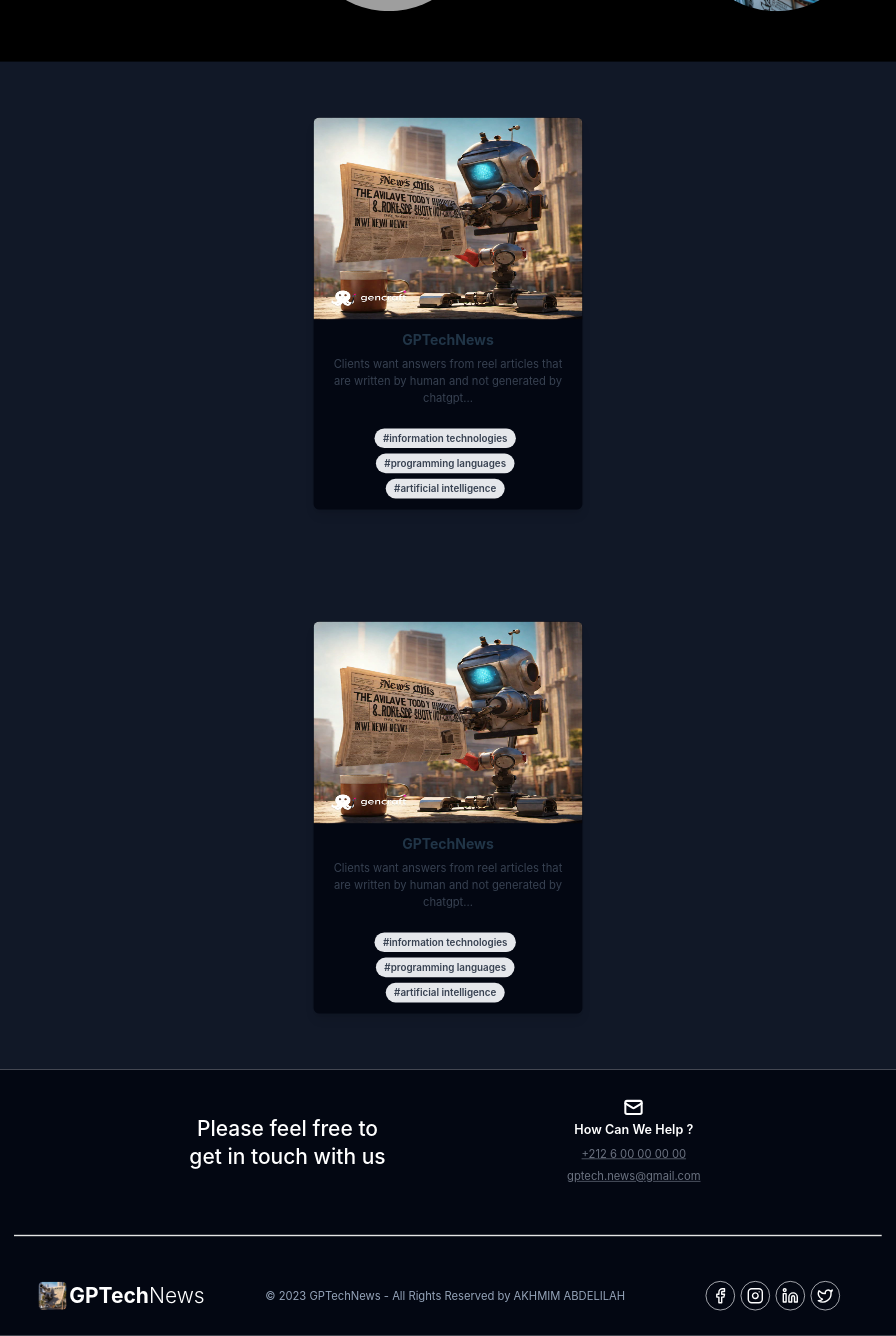
Repository: Lablab-me-Hackathon/gptech-news-frontend
Page: /
The author's editor kept a copy of each file at every save. The page is drawn from the files as they stood at one save, then again after the next save.
The browser window is 1280 px wide. The pictures show the part of the page from y = 680 to 2600 px (the page is 2588 px tall before and 2600 px after), at 70% of full size.
Pictures or frames that could not be fetched are drawn as grey boxes. The project was rebuilt for these pictures with package versions that can differ from the ones it lists, and the page was loaded fresh each time. Also part of the build but not shown: vite.config.js.

Above is the page before, as saved 2023-08-07 18:35:46.

After the next save:
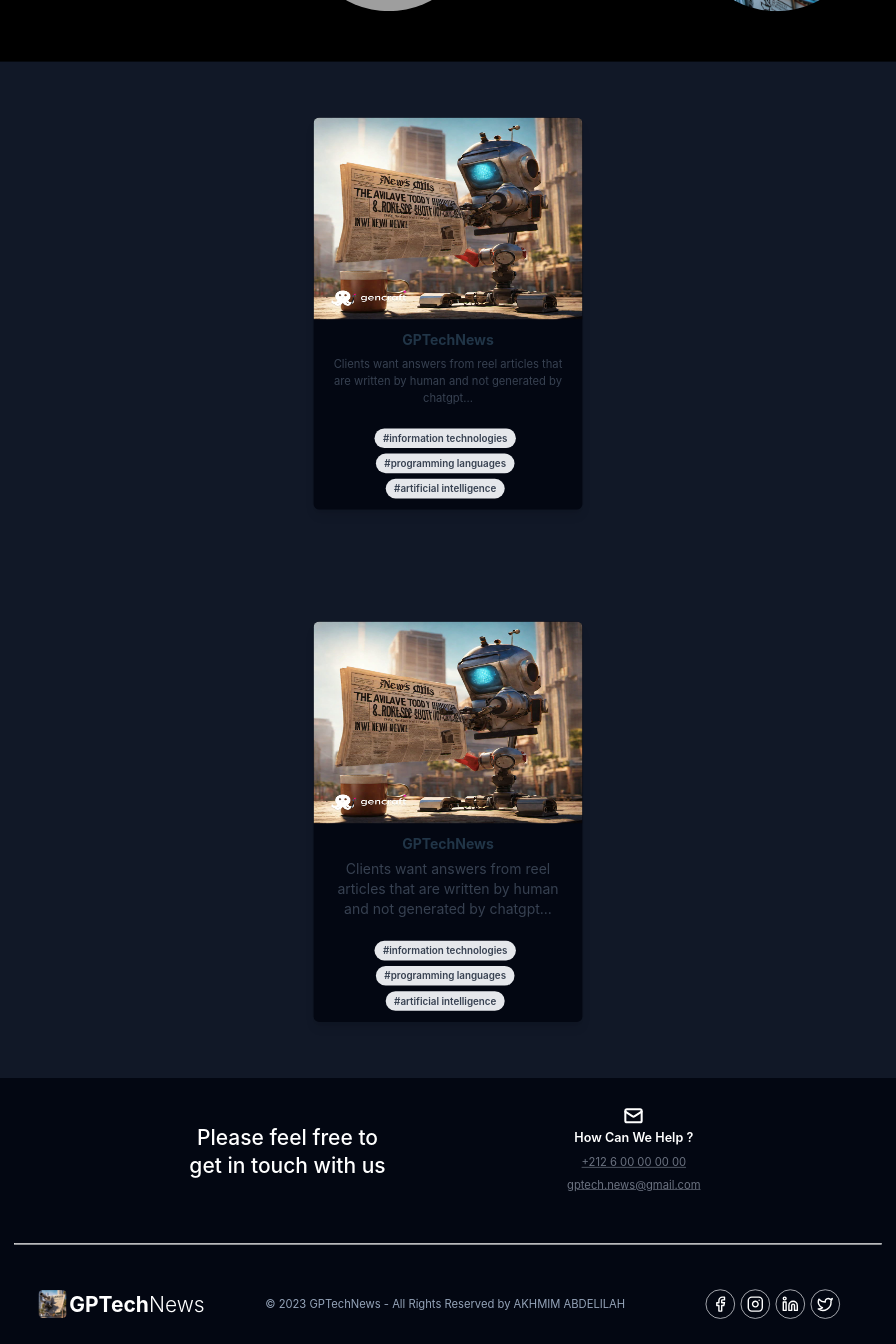
Saved 3 min 18 s later.
--- a/src/services/articles/Articles.jsx
+++ b/src/services/articles/Articles.jsx
@@ -26,7 +26,7 @@
         />
         <div className="px-6 py-4">
           <div className="font-bold text-xl mb-2">GPTechNews</div>
-          <p className="text-gray-700 text-base">
+          <p className="text-gray-700 text-base text-xl">
             Clients want answers from reel articles that are written by human and not generated by chatgpt...
           </p>
         </div>

After the save that followed:
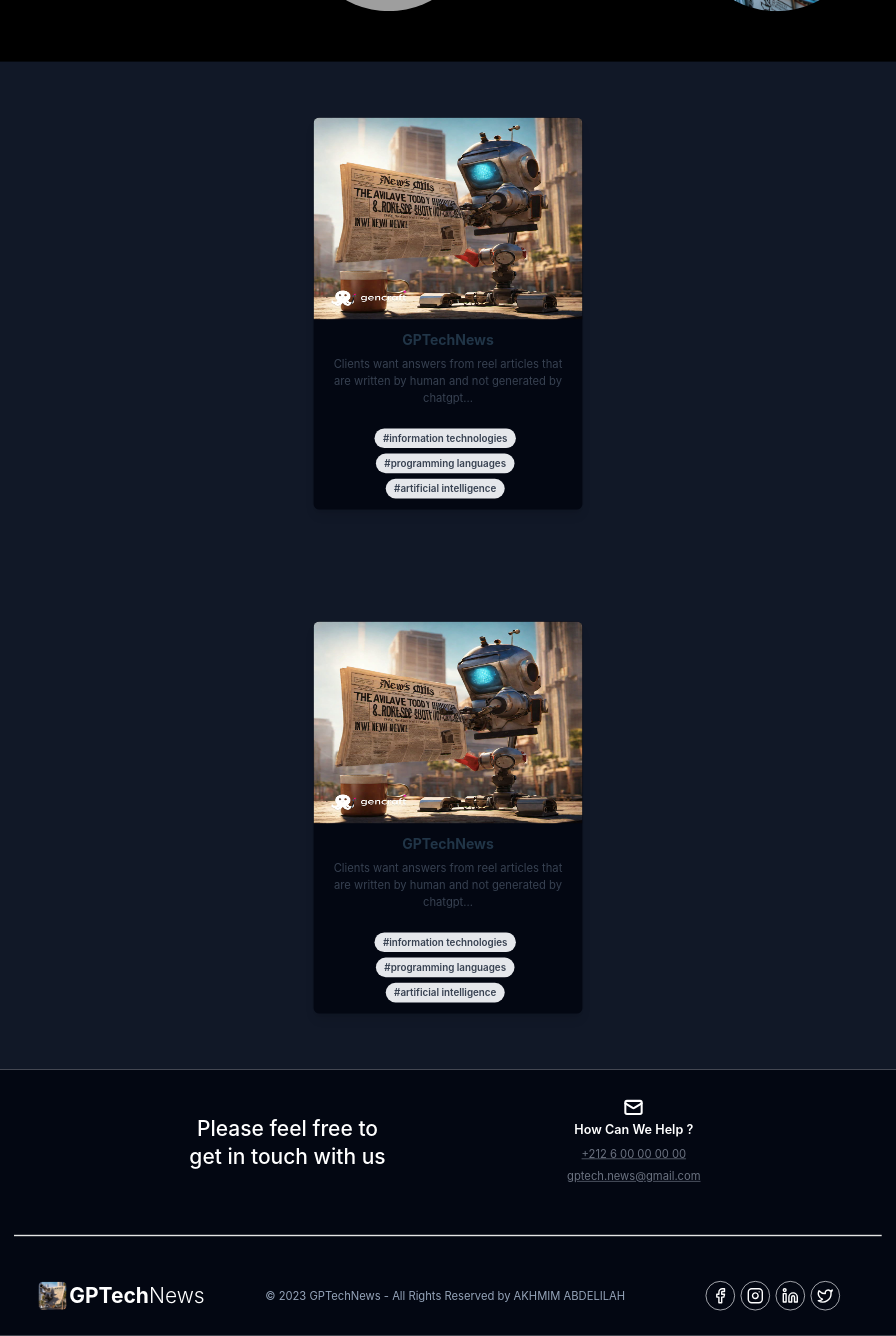
Saved 25 s later.
--- a/src/services/articles/Articles.jsx
+++ b/src/services/articles/Articles.jsx
@@ -26,7 +26,7 @@
         />
         <div className="px-6 py-4">
           <div className="font-bold text-xl mb-2">GPTechNews</div>
-          <p className="text-gray-700 text-base text-xl">
+          <p className="text-gray-700 text-base ">
             Clients want answers from reel articles that are written by human and not generated by chatgpt...
           </p>
         </div>
